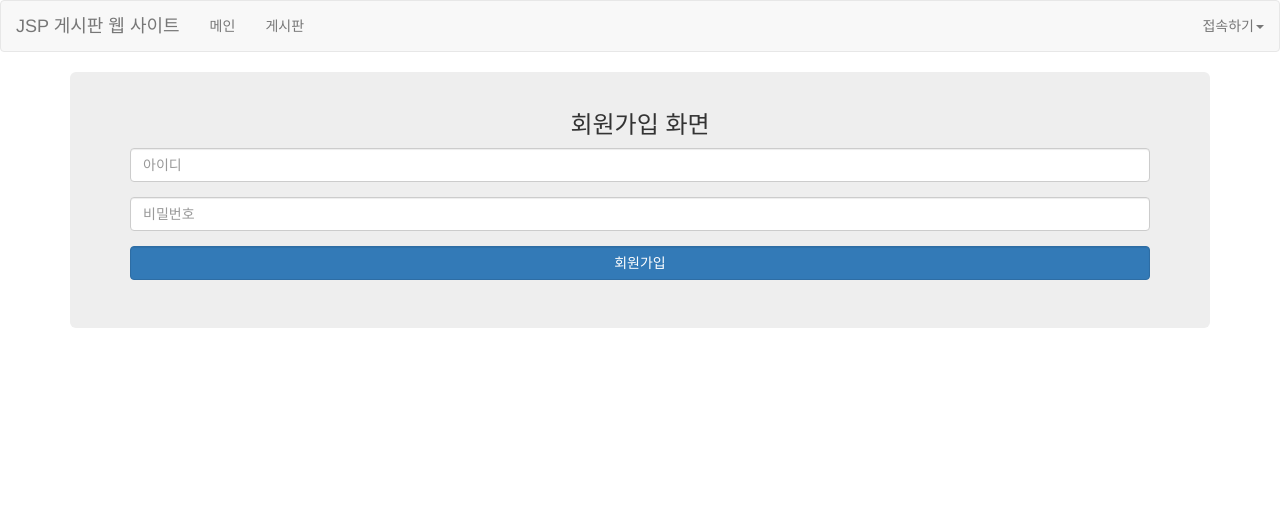
Repository: lihs3443/JSP-Board-System
Page: http://localhost/BBS/join.jsp
The author's editor kept a copy of each file at every save. The page is drawn from the files as they stood at one save, then again after the next save.
The browser window is 1280 px wide. The pictures show the whole page.
Some web libraries are served in a nearby version. The page is served by Tomcat 9. Other server files are loaded and not shown.

Above is the page before, as saved 2022-09-19 09:06:04.

### BBS/WebContent/join.jsp
<%@ page language="java" contentType="text/html; charset=UTF-8"
    pageEncoding="UTF-8"%>
<!DOCTYPE html>
<html>
<head>
<meta charset="UTF-8">
<meta name="viewport" content="width=device-width", initial-scale="1">
<link rel="stylesheet" href="css/bootstrap.css">
<title>JSP 게시판 웹 사이트</title>
</head>
<body>
	<nav class="navbar navbar-default"> <!-- 웹사이트 전반적인 구성 -->
		<div class="navbar-header"> <!-- 로고같은 것을 담는 영역 -->
			<!-- 화면이 작아졌을 때 버튼 생성 : 버튼 작대기 3개 -->
			<button type="button" class="navbar-toggle collapsed"
				data-toggle="collapse" data-target="#bs-example-navbar-collapse-1"
				aria-expended="false">
				<span class="icon-bar"></span>
				<span class="icon-bar"></span>
				<span class="icon-bar"></span>
				</button>
				<a class="navbar-brand" href="main.jsp">JSP 게시판 웹 사이트</a>
		</div>
		<div class="collapse navbar-collapse" id="bs-example-navbar-collapse-1"><!-- 버튼 데이터 타겟으랑 같은 것으로 입력 -->
			<ul class="nav navbar-nav"> <!-- 리스트 -->
				<li><a href="main.jsp">메인</a></li>
				<li><a href="bbs.jsp">게시판</a></li>
			</ul>
			<ul class="nav navbar-nav navbar-right">
				<li class="dropdown">
					<a href="#" class="dropdown-toggle"
						data-toggle="dropdown" role="button" aria-haspopup="true"
						aria-expanded="false">접속하기<span class="caret"></span></a>
					<ul class="dropdown-menu">
						<li class="active"><a href="login.jsp">로그인</a></li>
						<li><a href="join.jsp">회원가입</a></li>
					</ul>
				</li>
			</ul>
		</div>
	</nav>
	<div class="container">
		<div class="col=lg-4"></div>
		<div class="col=lg-4"></div>
			<div class="jumbotron" style="padding-top: 20px;">
			<form method="post" action="loginAction.jsp"> <!-- method="post" - 정보를 숨기면서 보낼 때 사용 -->
				<h3 style="text-align: center;">회원가입 화면</h3>
				<div class="form-group">
					<input type="text" class="form-control" placeholder="아이디" name="userID" maxlength="20"> <!-- placeholder : 아무것도 입력되지 않았을 때 나오는 문구 -->
				</div>
				<div class="form-group">
					<input type="password" class="form-control" placeholder="비밀번호" name="userPassword" maxlength="20">
				</div>
				<input type="submit" class="btn btn-primary form-control" value="회원가입">
			</form>
			</div>
		<div class="col=lg-4"></div>
	</div>
	<script src="http://code.jquery.com/jquery-3.1.1.min.js"></script>
	<script src="js/bootstrap.js"></script>
</body>
</html>

Loaded but not shown: BBS/WebContent/css/bootstrap.css (library); BBS/WebContent/js/bootstrap.js (library)

After the next save:
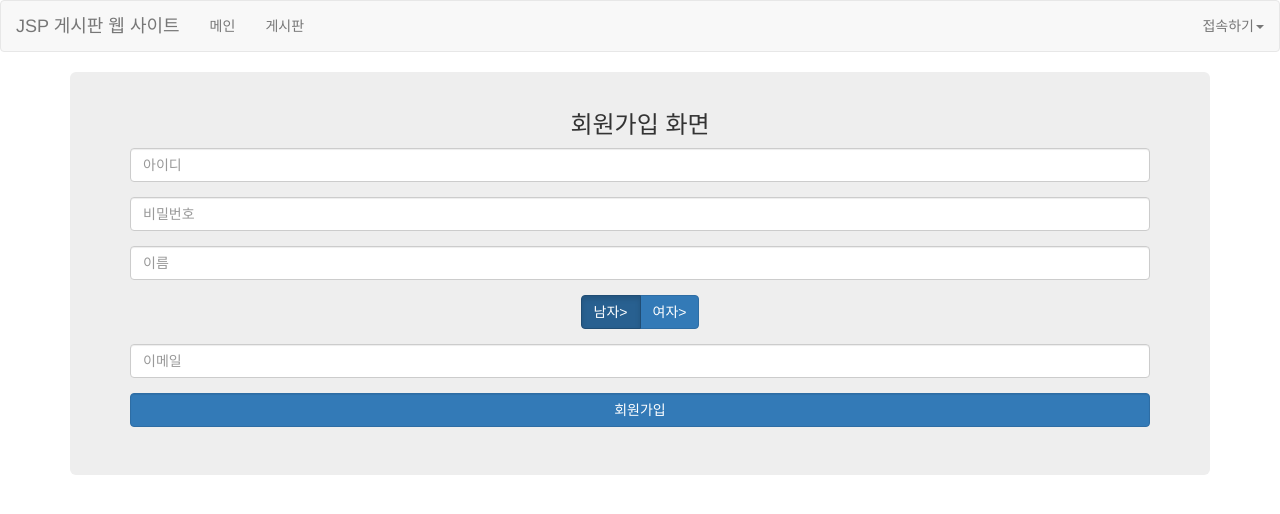
Saved 12 min 8 s later.
--- a/BBS/WebContent/join.jsp
+++ b/BBS/WebContent/join.jsp
@@ -43,13 +43,29 @@
 		<div class="col=lg-4"></div>
 		<div class="col=lg-4"></div>
 			<div class="jumbotron" style="padding-top: 20px;">
-			<form method="post" action="loginAction.jsp"> <!-- method="post" - 정보를 숨기면서 보낼 때 사용 -->
+			<form method="post" action="joinAction.jsp"> <!-- method="post" - 정보를 숨기면서 보낼 때 사용 -->
 				<h3 style="text-align: center;">회원가입 화면</h3>
 				<div class="form-group">
 					<input type="text" class="form-control" placeholder="아이디" name="userID" maxlength="20"> <!-- placeholder : 아무것도 입력되지 않았을 때 나오는 문구 -->
 				</div>
 				<div class="form-group">
 					<input type="password" class="form-control" placeholder="비밀번호" name="userPassword" maxlength="20">
+				</div>
+				<div class="form-group">
+					<input type="text" class="form-control" placeholder="이름" name="userName" maxlength="20">
+				</div>
+				<div class="form-group" style="text-align: center;">
+					<div class="btn-group" data-toggle="buttons">
+						<label class="btn btn-primary active">
+							<input type="radio" name="userGender" autocomplete="off" value="남자" checked>남자>
+						</label>
+						<label class="btn btn-primary">
+							<input type="radio" name="userGender" autocomplete="off" value="여자" checked>여자>
+						</label>
+					</div>
+				</div>
+				<div class="form-group">
+					<input type="email" class="form-control" placeholder="이메일" name="userEmail" maxlength="20">
 				</div>
 				<input type="submit" class="btn btn-primary form-control" value="회원가입">
 			</form>
